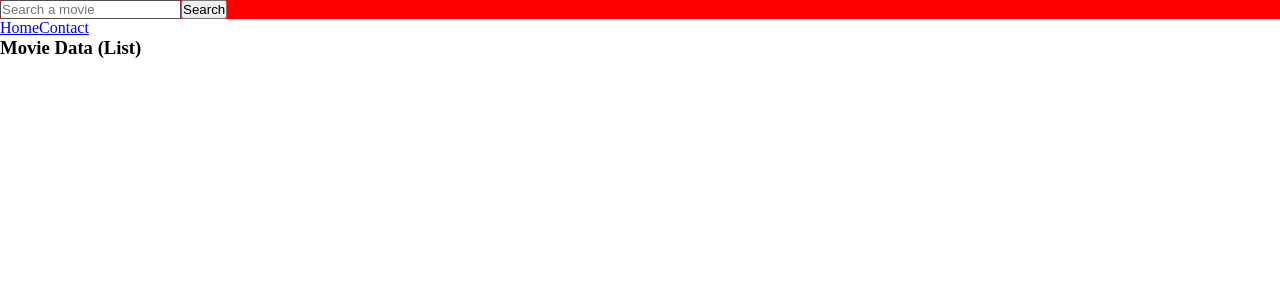
Repository: just-mann/itheater
Page: /
These files come from the project's save history. The page is drawn as it stood at one moment and after the next save; the edit follows.
The browser window is 1280 px wide. The pictures show the whole page.
The page's requests for data from a server got no answer. The project was rebuilt for these pictures with package versions that can differ from the ones it lists, and the page was loaded fresh each time. No one was signed in, and anything a server would have sent is missing. Also part of the build but not shown: src/components/Contact.js, src/components/MovieDetail.js.

Above is the page before, as saved 2021-07-16 04:13:21.

After the next save:
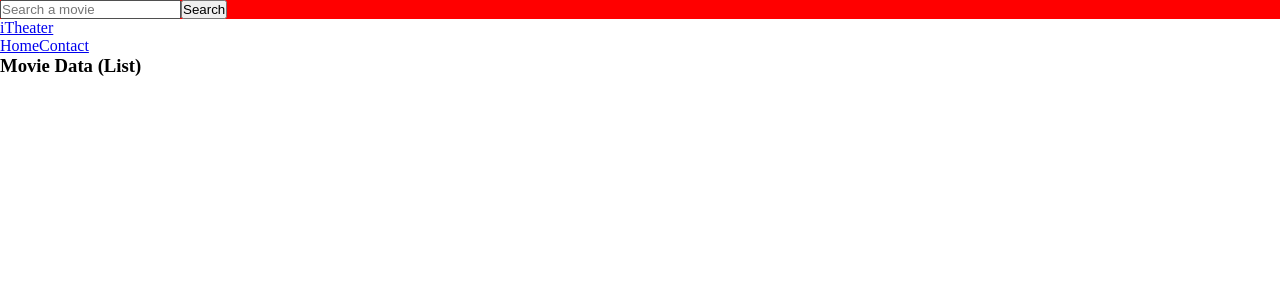
Saved 7 s later.
--- a/src/components/SideNav.js
+++ b/src/components/SideNav.js
@@ -4,6 +4,7 @@ import {Link} from 'react-router-dom';
 const SideNav = () => {
     return (
         <div className="SideNav">
+            <Link to='/'>iTheater</Link>
             <div className="links">
                 <Link to='/'>Home</Link>
                 <Link to="/contact">Contact</Link>
